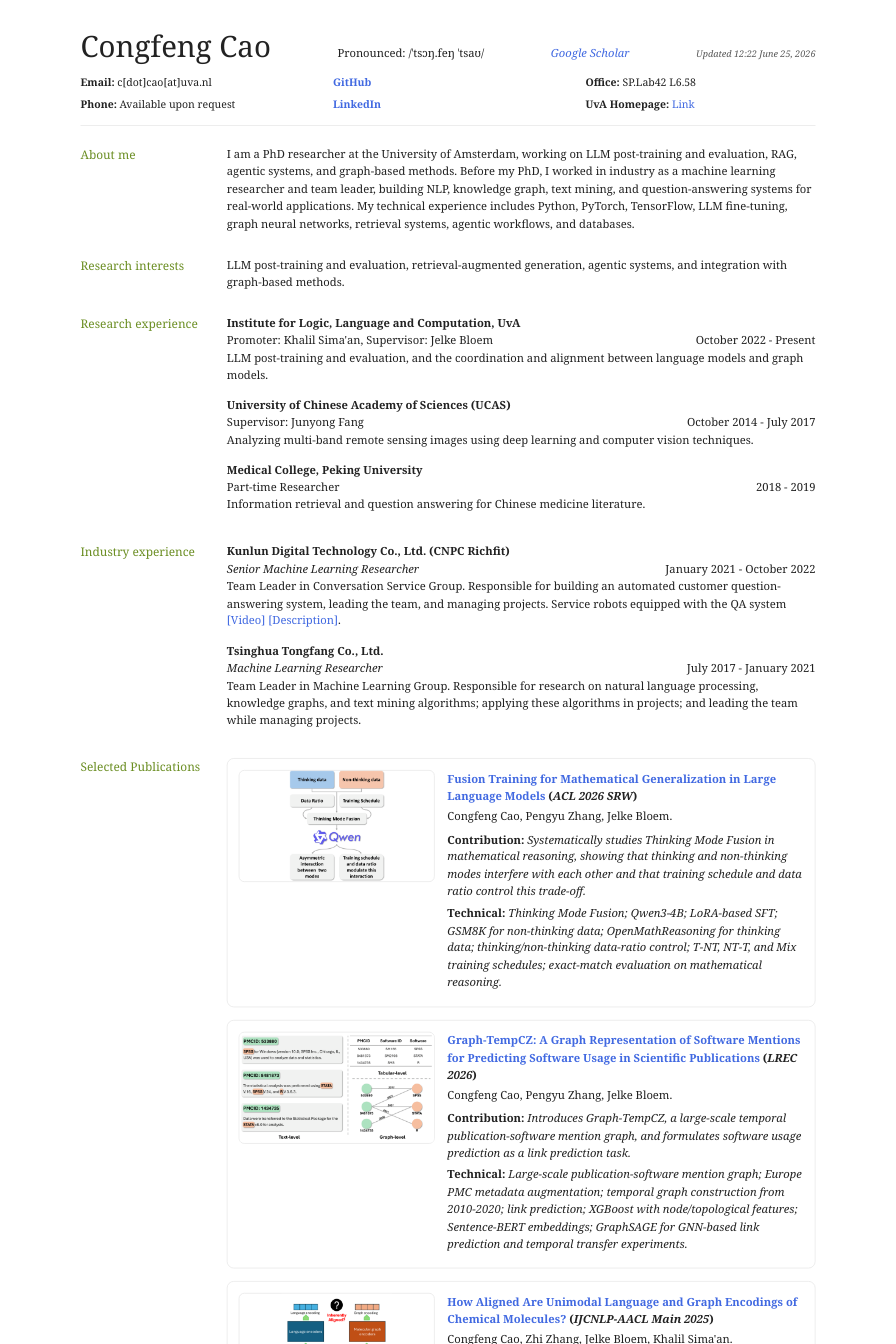
Repository: caocongfeng/caocongfeng.github.io
Page: index.html
An editor plug-in stored every save of this project. The page is shown before and after a run of saves, followed by the edit.
The browser window is 1280 px wide. The pictures show the part of the page from y = 0 to 1920 px (the page is 4726 px tall before and 4727 px after), at 70% of full size.

Above is the page before, as saved 2026-06-25 13:02:52.

After the next 3 saves:
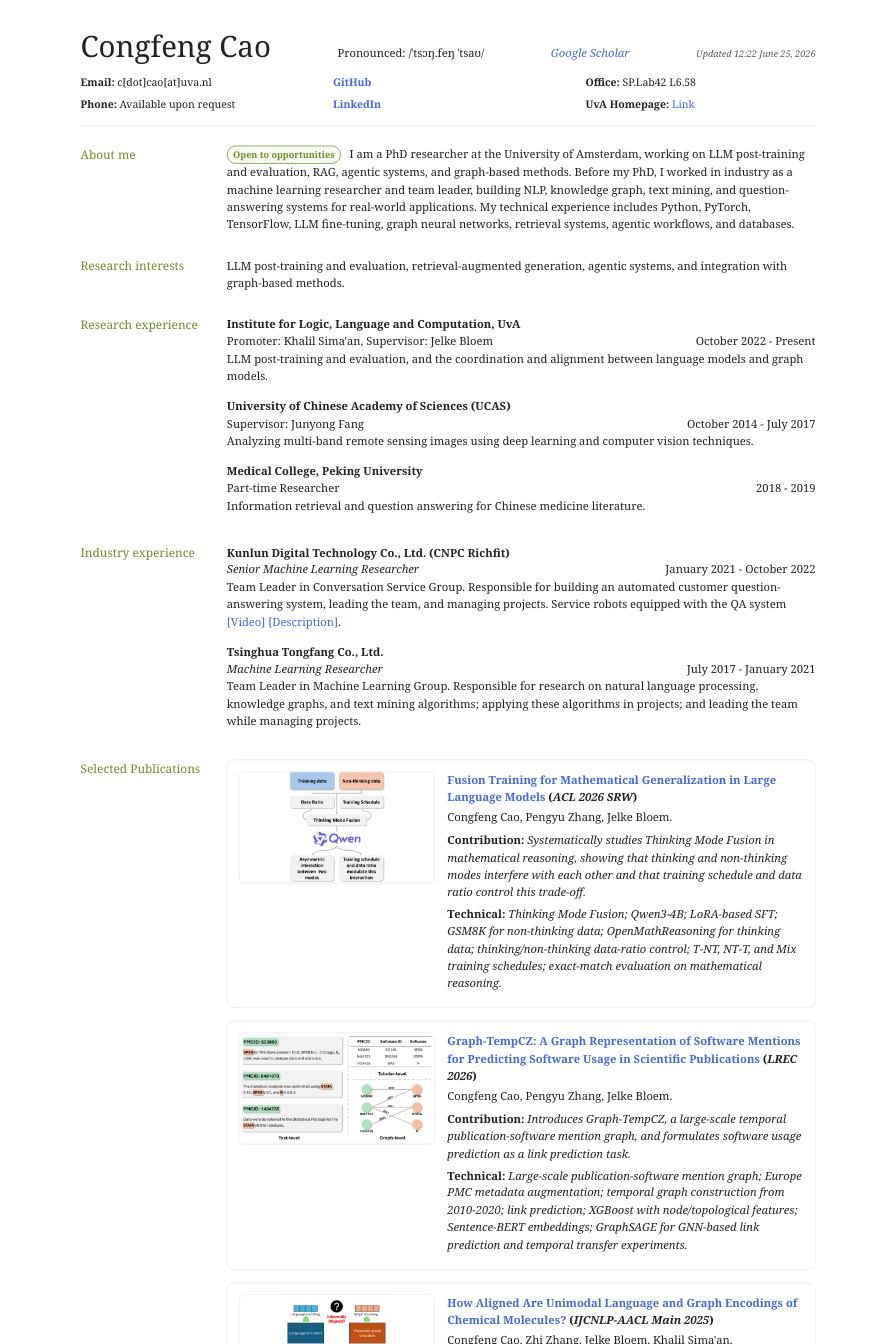
The 3 saves are shown as one change because they came seconds apart.
The last was saved 106 s later.
--- a/index.html
+++ b/index.html
@@ -346,7 +346,9 @@
     <section class="section">
       <div class="section-title">About me</div>
       <div class="section-content">
-        <p>I am a PhD researcher at the University of Amsterdam, working on LLM post-training and evaluation, RAG, agentic systems, and graph-based methods. Before my PhD, I worked in industry as a machine learning researcher and team leader, building NLP, knowledge graph, text mining, and question-answering systems for real-world applications. My technical experience includes Python, PyTorch, TensorFlow, LLM fine-tuning, graph neural networks, retrieval systems, agentic workflows, and databases.</p>
+        <p>
+          <span class="job-market-badge">Open to opportunities</span>
+          I am a PhD researcher at the University of Amsterdam, working on LLM post-training and evaluation, RAG, agentic systems, and graph-based methods. Before my PhD, I worked in industry as a machine learning researcher and team leader, building NLP, knowledge graph, text mining, and question-answering systems for real-world applications. My technical experience includes Python, PyTorch, TensorFlow, LLM fine-tuning, graph neural networks, retrieval systems, agentic workflows, and databases.</p>
       </div>
     </section>
 
